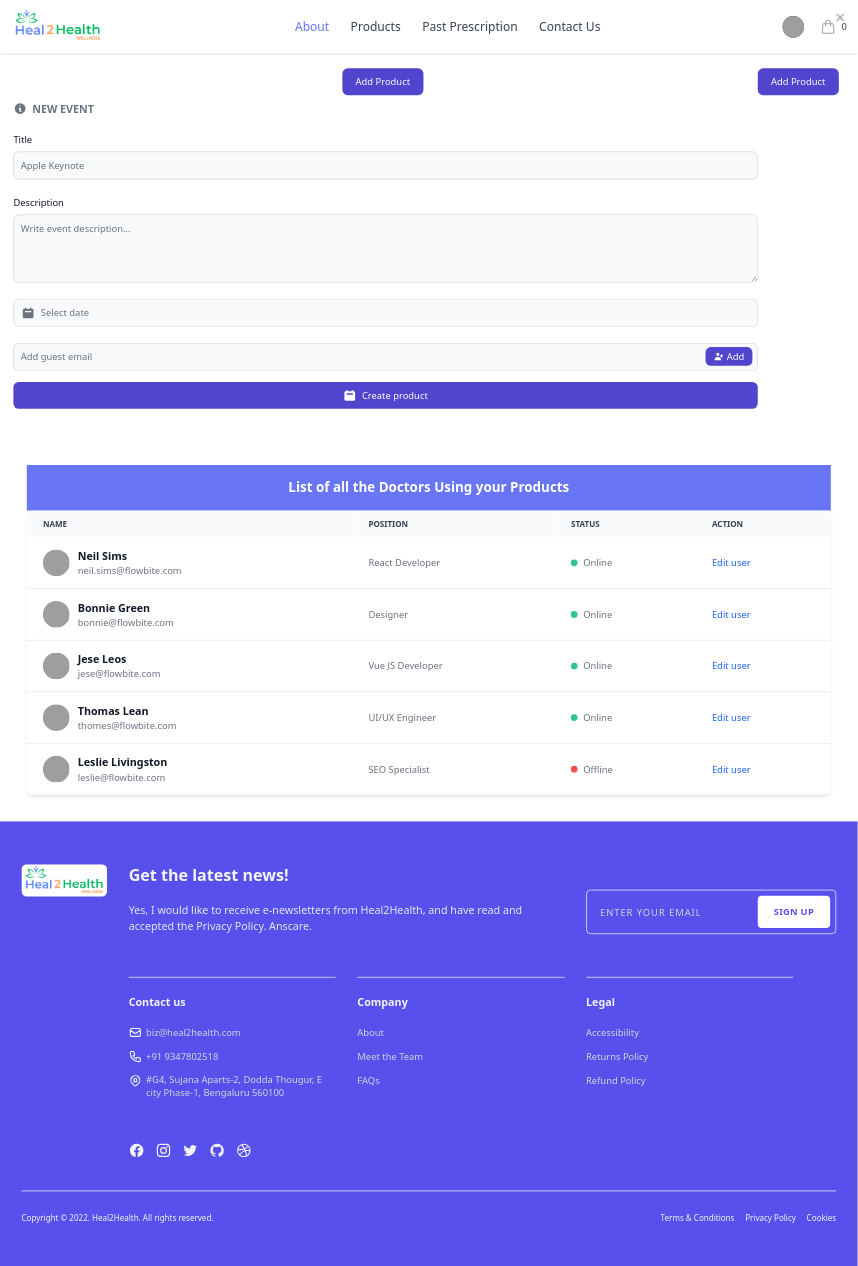
Repository: Akash123-coder/H2H
Page: /dealer (app in Frontend/)
The author's editor kept a copy of each file at every save. The page is drawn from the files as they stood at one save, then again after a run of saves.
The browser window is 1280 px wide. The pictures show the whole page, at 67% of full size.
Pictures or frames that could not be fetched are drawn as grey boxes. The project was rebuilt for these pictures with package versions that can differ from the ones it lists, and the page was loaded fresh each time. Also part of the build but not shown: Frontend/vite.config.ts, Frontend/src/pages/About.tsx, Frontend/src/components/Cta.jsx, Frontend/src/pages/Home.jsx, Frontend/src/components/Product.tsx, Frontend/src/components/Select.jsx, Frontend/src/components/CompanySelect.jsx, Frontend/src/pages/Prescription.jsx and 7 more.

Above is the page before, as saved 2022-10-12 17:04:53.

### Frontend/index.html
<!DOCTYPE html>
<html lang="en">
  <head>
    <meta charset="UTF-8" />
    <link rel="icon" type="image/svg+xml" href="/vite.svg" />
    <meta name="viewport" content="width=device-width, initial-scale=1.0" />
    <title>Heal2Health</title>
  </head>
  <body>
    <div id="root"></div>
    <script type="module" src="/src/main.tsx"></script>
  </body>
</html>

### Frontend/src/main.tsx
import React from 'react'
import ReactDOM from 'react-dom/client'
import App from './App'
import './index.css'
import {BrowserRouter} from 'react-router-dom'

ReactDOM.createRoot(document.getElementById('root') as HTMLElement).render(
  <React.StrictMode>
    <BrowserRouter>
    <App />
    </BrowserRouter>
  </React.StrictMode>
)

### Frontend/src/App.jsx
import { Routes, Route } from "react-router-dom";
import Navbar from "./components/Navbar.jsx";
import { ShoppingCartProvider } from "./context/ShoppingCartContext";
import About from "./pages/About";
import Home from "./pages/Home";
import Prescription from "./pages/Prescription";
import SignUp from "./pages/SignUp";
import Footer from "./components/Footer";
import Login from "./pages/Login";
import PastPrescription from "./pages/PastPrescription.jsx";

import ProductPage from "./pages/ProductPage.jsx";
import DealerPage from "./pages/DealerPage.jsx";

function App() {
  return (
    <ShoppingCartProvider>
      <Navbar />
      <Routes>
        <Route path="/" element={<Home />} />
        <Route path="/prescription" element={<Prescription />} />
        <Route path="/about" element={<About />} />
        <Route path="/login" element={<Login />} />
        <Route path="/SignUp" element={<SignUp />} />
        <Route path="/pastprescription" element={<PastPrescription />} />
        <Route path="/ProductPage" element={<ProductPage />} />
        <Route path="/dealer" element={<DealerPage />} />
        {/* <Route path="/SignUp" element={<CompanyNameSelect />} /> */}
      </Routes>
      <Footer />
    </ShoppingCartProvider>
  );
}

export default App;

### Frontend/src/context/ShoppingCartContext.tsx
import {useContext ,useState, createContext ,ReactNode} from 'react'

const ShoppingCartContext = createContext({})

type ShoppingCartProviderProps ={
    children: ReactNode
}
type CartItem = {
    id: number
    quantity:number
}


type ShoppingCartContext ={
    CartQuantity:number
    CartItems:CartItem[]
    getItemQuantity:(id: number) => number
    increaseItemQuantity:(id: number) => void
    decreaseItemQuantity:(id: number) => void
    removeFromCart:(id: number) => void
}

export function useShoppingCart() {
  return ( useContext(ShoppingCartContext)
  )
}

export function ShoppingCartProvider({children}:ShoppingCartProviderProps){
    const [cartItems ,setCartItems] = useState<CartItem>([]);

    const CartQuantity = cartItems.reduce(
        (quantity ,item) => item.quantity + quantity,0
    )

    function getItemQuantity(id : number){
        return cartItems.find( item => item.id === id)?.quantity || 0
    }
    function increaseItemQuantity(id : number){
         setCartItems(currItems =>{
            if(currItems.find(item => item.id === id)==null){
                return [...currItems, {id , quantity : 1}]

            } else {
                return currItems.map(item =>{
                    if(item.id === id ){
                        return {...item ,quantity: item.quantity + 1}
                    }else{
                        return item
                    }
                })
            }
         })
    }
    function decreaseItemQuantity(id: number) {
        setCartItems(currItems => {
          if (currItems.find(item => item.id === id)?.quantity === 1) {
            return currItems.filter(item => item.id !== id)
          } else {
            return currItems.map(item => {
              if (item.id === id) {
                return { ...item, quantity: item.quantity - 1 }
              } else {
                return item
              }
            })
          }
        })
      }
    function removeFromCart(id : number){
        setCartItems(currItems =>{
            return currItems.filter(item =>item.id!==id)
        })
    }
    return (

        <ShoppingCartContext.Provider value = {{getItemQuantity,increaseItemQuantity,decreaseItemQuantity ,removeFromCart,cartItems,CartQuantity}}>
            {children}
        </ShoppingCartContext.Provider>
    )
}

### Frontend/src/pages/DealerPage.jsx
import React from 'react'
import DealerAddProduct from '../components/DealerAddProduct'
import List from '../components/List'

function DealerPage() {
  return (
    <div>
      <div className="p-5 w-full flex ">
        <div className="flex-1">
          <DealerAddProduct />
        </div>
        <div className="">
          <button
            class="text-white bg-indigo-700 hover:bg-indigo-800 focus:ring-4 focus:ring-indigo-300 font-medium rounded-lg text-sm px-5 py-2.5 mr-2 mb-2 dark:bg-indigo-600 dark:hover:bg-indigo-700 focus:outline-none dark:focus:ring-indigo-800"
            type="button"
          >
            Add Product
          </button>
        </div>
      </div>
      <div className="p-10 ">
        <List />
      </div>
    </div>
  );
}

export default DealerPage

### Frontend/src/components/DealerAddProduct.jsx
import React from 'react'

function DealerAddProduct() {
  return (
    <div>

{/* <!-- drawer init and show --> */}
<div class="text-center">
   <button class="text-white bg-indigo-700 hover:bg-indigo-800 focus:ring-4 focus:ring-indigo-300 font-medium rounded-lg text-sm px-5 py-2.5 mr-2 mb-2 dark:bg-indigo-600 dark:hover:bg-indigo-700 focus:outline-none dark:focus:ring-indigo-800" type="button" data-drawer-target="drawer-form" data-drawer-show="drawer-form" aria-controls="drawer-form">
   Add Product
   </button>
</div>
{/*
<!-- drawer component --> */}
<div id="drawer-form" class="fixed z-40 h-screen p-4 overflow-y-auto bg-white w-80 dark:bg-gray-800 transition-transform left-0 top-0 -translate-x-full" tabindex="-1" aria-labelledby="drawer-form-label" aria-hidden="true"/>
   <h5 id="drawer-label" class="inline-flex items-center mb-6 text-base font-semibold text-gray-500 uppercase dark:text-gray-400"><svg class="w-5 h-5 mr-2" aria-hidden="true" fill="currentColor" viewBox="0 0 20 20" xmlns="http://www.w3.org/2000/svg"><path fill-rule="evenodd" d="M18 10a8 8 0 11-16 0 8 8 0 0116 0zm-7-4a1 1 0 11-2 0 1 1 0 012 0zM9 9a1 1 0 000 2v3a1 1 0 001 1h1a1 1 0 100-2v-3a1 1 0 00-1-1H9z" clip-rule="evenodd"></path></svg>New event</h5>
   <button type="button" data-drawer-dismiss="drawer-form" aria-controls="drawer-form" class="text-gray-400 bg-transparent hover:bg-gray-200 hover:text-gray-900 rounded-lg text-sm p-1.5 absolute top-2.5 right-2.5 inline-flex items-center dark:hover:bg-gray-600 dark:hover:text-white">
      <svg aria-hidden="true" class="w-5 h-5" fill="currentColor" viewBox="0 0 20 20" xmlns="http://www.w3.org/2000/svg"><path fill-rule="evenodd" d="M4.293 4.293a1 1 0 011.414 0L10 8.586l4.293-4.293a1 1 0 111.414 1.414L11.414 10l4.293 4.293a1 1 0 01-1.414 1.414L10 11.414l-4.293 4.293a1 1 0 01-1.414-1.414L8.586 10 4.293 5.707a1 1 0 010-1.414z" clip-rule="evenodd"></path></svg>
      <span class="sr-only">Close menu</span>
   </button>
   <form action="#" class="mb-6">
      <div class="mb-6">
         <label for="title" class="block mb-2 text-sm font-medium text-gray-900 dark:text-gray-300">Title</label>
         <input type="text" id="title" class="bg-gray-50 border border-gray-300 text-gray-900 text-sm rounded-lg focus:ring-indigo-500 focus:border-indigo-500 block w-full p-2.5 dark:bg-gray-700 dark:border-gray-600 dark:placeholder-gray-400 dark:text-white dark:focus:ring-indigo-500 dark:focus:border-indigo-500" placeholder="Apple Keynote" required=""/>
      </div>
      <div class="mb-6">
         <label for="description" class="block mb-2 text-sm font-medium text-gray-900 dark:text-gray-400">Description</label>
         <textarea id="description" rows="4" class="block p-2.5 w-full text-sm text-gray-900 bg-gray-50 rounded-lg border border-gray-300 focus:ring-indigo-500 focus:border-indigo-500 dark:bg-gray-700 dark:border-gray-600 dark:placeholder-gray-400 dark:text-white dark:focus:ring-indigo-500 dark:focus:border-indigo-500" placeholder="Write event description..."></textarea>
      </div>
      <div class="relative mb-6">
         <div class="absolute inset-y-0 left-0 flex items-center pl-3 pointer-events-none">
            <svg aria-hidden="true" class="w-5 h-5 text-gray-500 dark:text-gray-400" fill="currentColor" viewBox="0 0 20 20" xmlns="http://www.w3.org/2000/svg"><path fill-rule="evenodd" d="M6 2a1 1 0 00-1 1v1H4a2 2 0 00-2 2v10a2 2 0 002 2h12a2 2 0 002-2V6a2 2 0 00-2-2h-1V3a1 1 0 10-2 0v1H7V3a1 1 0 00-1-1zm0 5a1 1 0 000 2h8a1 1 0 100-2H6z" clip-rule="evenodd"></path></svg>
         </div>
         <input datepicker="" datepicker-autohide="" datepicker-buttons="" type="text" class="bg-gray-50 border border-gray-300 text-gray-900 sm:text-sm rounded-lg focus:ring-indigo-500 focus:border-indigo-500 block w-full pl-10 p-2.5 dark:bg-gray-700 dark:border-gray-600 dark:placeholder-gray-400 dark:text-white dark:focus:ring-indigo-500 dark:focus:border-indigo-500 datepicker-input" placeholder="Select date"/>
      </div>
      <div class="mb-4">

         <div class="relative">
            <input type="search" id="guests" class="block p-2.5 w-full text-sm text-gray-900 bg-gray-50 rounded-lg border border-gray-300 focus:ring-indigo-500 focus:border-indigo-500 dark:bg-gray-700 dark:border-gray-600 dark:placeholder-gray-400 dark:text-white dark:focus:ring-indigo-500 dark:focus:border-indigo-500" placeholder="Add guest email" required=""/>
            <button type="button" class="absolute inline-flex items-center px-3 py-1 text-sm font-medium text-white bg-indigo-700 rounded-lg right-2 bottom-2 hover:bg-indigo-800 focus:ring-4 focus:outline-none focus:ring-indigo-300 dark:bg-indigo-600 dark:hover:bg-indigo-700 dark:focus:ring-indigo-800"><svg class="w-4 h-4 mr-1" aria-hidden="true" fill="currentColor" viewBox="0 0 20 20" xmlns="http://www.w3.org/2000/svg"><path d="M8 9a3 3 0 100-6 3 3 0 000 6zM8 11a6 6 0 016 6H2a6 6 0 016-6zM16 7a1 1 0 10-2 0v1h-1a1 1 0 100 2h1v1a1 1 0 102 0v-1h1a1 1 0 100-2h-1V7z"></path></svg>Add</button>
         </div>
      </div>
      <button type="submit" class="text-white justify-center flex items-center bg-indigo-700 hover:bg-indigo-800 w-full focus:ring-4 focus:ring-indigo-300 font-medium rounded-lg text-sm px-5 py-2.5 mr-2 mb-2 dark:bg-indigo-600 dark:hover:bg-indigo-700 focus:outline-none dark:focus:ring-indigo-800"><svg class="w-5 h-5 mr-2" aria-hidden="true" fill="currentColor" viewBox="0 0 20 20" xmlns="http://www.w3.org/2000/svg"><path fill-rule="evenodd" d="M6 2a1 1 0 00-1 1v1H4a2 2 0 00-2 2v10a2 2 0 002 2h12a2 2 0 002-2V6a2 2 0 00-2-2h-1V3a1 1 0 10-2 0v1H7V3a1 1 0 00-1-1zm0 5a1 1 0 000 2h8a1 1 0 100-2H6z" clip-rule="evenodd"></path></svg> Create product</button>
   </form>
</div>

  )
}

export default DealerAddProduct

### Frontend/src/components/List.jsx
import React from 'react'

function List() {
  return (
    <div>

    <div className="p-5 w-full sticky overflow-x-auto text-center text-white bg-indigo-500 text-xl font-bold">
        <p>List of all the Doctors Using your Products</p>
    </div>
<div className="overflow-x-auto relative shadow-md sm:rounded-lg">
    <table className="w-full text-sm text-left text-gray-500 dark:text-gray-400">
        <thead className="text-xs text-gray-700 uppercase bg-gray-50 dark:bg-gray-700 dark:text-gray-400">
            <tr>
                <th scope="col" className="py-3 px-6">
                    Name
                </th>
                <th scope="col" className="py-3 px-6">
                    Position
                </th>
                <th scope="col" className="py-3 px-6">
                    Status
                </th>
                <th scope="col" className="py-3 px-6">
                    Action
                </th>
            </tr>
        </thead>
        <tbody>
            <tr className="bg-white border-b dark:bg-gray-800 dark:border-gray-700 hover:bg-gray-50 dark:hover:bg-gray-600">

                <th scope="row" className="flex items-center py-4 px-6 text-gray-900 whitespace-nowrap dark:text-white">
                    <img className="w-10 h-10 rounded-full" src="http://begmetobuyit.com/application/css/images/noImage.jpg" alt="Jese image"/>
                    <div className="pl-3">
                        <div className="text-base font-semibold">Neil Sims</div>
                        <div className="font-normal text-gray-500">neil.sims@flowbite.com</div>
                    </div>
                </th>
                <td className="py-4 px-6">
                    React Developer
                </td>
                <td className="py-4 px-6">
                    <div className="flex items-center">
                        <div className="h-2.5 w-2.5 rounded-full bg-green-400 mr-2"></div> Online
                    </div>
                </td>
                <td className="py-4 px-6">
                    <a href="#" className="font-medium text-blue-600 dark:text-blue-500 hover:underline">Edit user</a>
                </td>
            </tr>
            <tr className="bg-white border-b dark:bg-gray-800 dark:border-gray-700 hover:bg-gray-50 dark:hover:bg-gray-600">

                <th scope="row" className="flex items-center py-4 px-6 font-medium text-gray-900 whitespace-nowrap dark:text-white">
                    <img className="w-10 h-10 rounded-full" src="http://begmetobuyit.com/application/css/images/noImage.jpg" alt="Jese image"/>
                    <div className="pl-3">
                        <div className="text-base font-semibold">Bonnie Green</div>
                        <div className="font-normal text-gray-500">bonnie@flowbite.com</div>
                    </div>
                </th>
                <td className="py-4 px-6">
                    Designer
                </td>
                <td className="py-4 px-6">
                    <div className="flex items-center">
                        <div className="h-2.5 w-2.5 rounded-full bg-green-400 mr-2"></div> Online
                    </div>
                </td>
                <td className="py-4 px-6">
                    <a href="#" className="font-medium text-blue-600 dark:text-blue-500 hover:underline">Edit user</a>
                </td>
            </tr>
            <tr className="bg-white border-b dark:bg-gray-800 dark:border-gray-700 hover:bg-gray-50 dark:hover:bg-gray-600">

                <th scope="row" className="flex items-center py-4 px-6 font-medium text-gray-900 whitespace-nowrap dark:text-white">
                    <img className="w-10 h-10 rounded-full" src="http://begmetobuyit.com/application/css/images/noImage.jpg" alt="Jese image"/>
                    <div className="pl-3">
                        <div className="text-base font-semibold">Jese Leos</div>
                        <div className="font-normal text-gray-500">jese@flowbite.com</div>
                    </div>
                </th>
                <td className="py-4 px-6">
                    Vue JS Developer
                </td>
                <td className="py-4 px-6">
                    <div className="flex items-center">
                        <div className="h-2.5 w-2.5 rounded-full bg-green-400 mr-2"></div> Online
                    </div>
                </td>
                <td className="py-4 px-6">
                    <a href="#" className="font-medium text-blue-600 dark:text-blue-500 hover:underline">Edit user</a>
                </td>
            </tr>
            <tr className="bg-white border-b dark:bg-gray-800 dark:border-gray-700 hover:bg-gray-50 dark:hover:bg-gray-600">

                <th scope="row" className="flex items-center py-4 px-6 font-medium text-gray-900 whitespace-nowrap dark:text-white">
                    <img className="w-10 h-10 rounded-full" src="http://begmetobuyit.com/application/css/images/noImage.jpg" alt="Jese image"/>
                    <div className="pl-3">
                        <div className="text-base font-semibold">Thomas Lean</div>
                        <div className="font-normal text-gray-500">thomes@flowbite.com</div>
                    </div>
                </th>
                <td className="py-4 px-6">
                    UI/UX Engineer
                </td>
                <td className="py-4 px-6">
                    <div className="flex items-center">
                        <div className="h-2.5 w-2.5 rounded-full bg-green-400 mr-2"></div> Online
                    </div>
                </td>
                <td className="py-4 px-6">
                    <a href="#" className="font-medium text-blue-600 dark:text-blue-500 hover:underline">Edit user</a>
                </td>
            </tr>
            <tr className="bg-white dark:bg-gray-800 hover:bg-gray-50 dark:hover:bg-gray-600">

                <th scope="row" className="flex items-center py-4 px-6 font-medium text-gray-900 whitespace-nowrap dark:text-white">
                    <img className="w-10 h-10 rounded-full" src="http://begmetobuyit.com/application/css/images/noImage.jpg" alt="Jese image"/>
                    <div className="pl-3">
                        <div className="text-base font-semibold">Leslie Livingston</div>
                        <div className="font-normal text-gray-500">leslie@flowbite.com</div>
                    </div>
                </th>
                <td className="py-4 px-6">
                    SEO Specialist
                </td>
                <td className="py-4 px-6">
                    <div className="flex items-center">
                        <div className="h-2.5 w-2.5 rounded-full bg-red-500 mr-2"></div> Offline
                    </div>
                </td>
                <td className="py-4 px-6">
                    <a href="#" className="font-medium text-blue-600 dark:text-blue-500 hover:underline">Edit user</a>
                </td>
            </tr>
        </tbody>
    </table>
</div>

    </div>
  )
}

export default List

### Frontend/tailwind.config.cjs
/** @type {import('tailwindcss').Config} */
module.exports = {
  content: [
    "./src/**/*.{js,jsx,ts,tsx}",
    "node_modules/flowbite-react/**/*.{js,jsx,ts,tsx}",
  ],
  theme: {
    extend: {},
  },
  plugins: [require("flowbite/plugin"), require("@tailwindcss/forms")],
};

Loaded but not shown: Frontend/src/index.css (common file); Frontend/src/components/Footer.jsx (300 lines, source omitted); Frontend/src/pages/Cart.jsx (227 lines, source omitted); Frontend/src/components/Navbar.jsx (181 lines, source omitted)

After the next 2 saves:
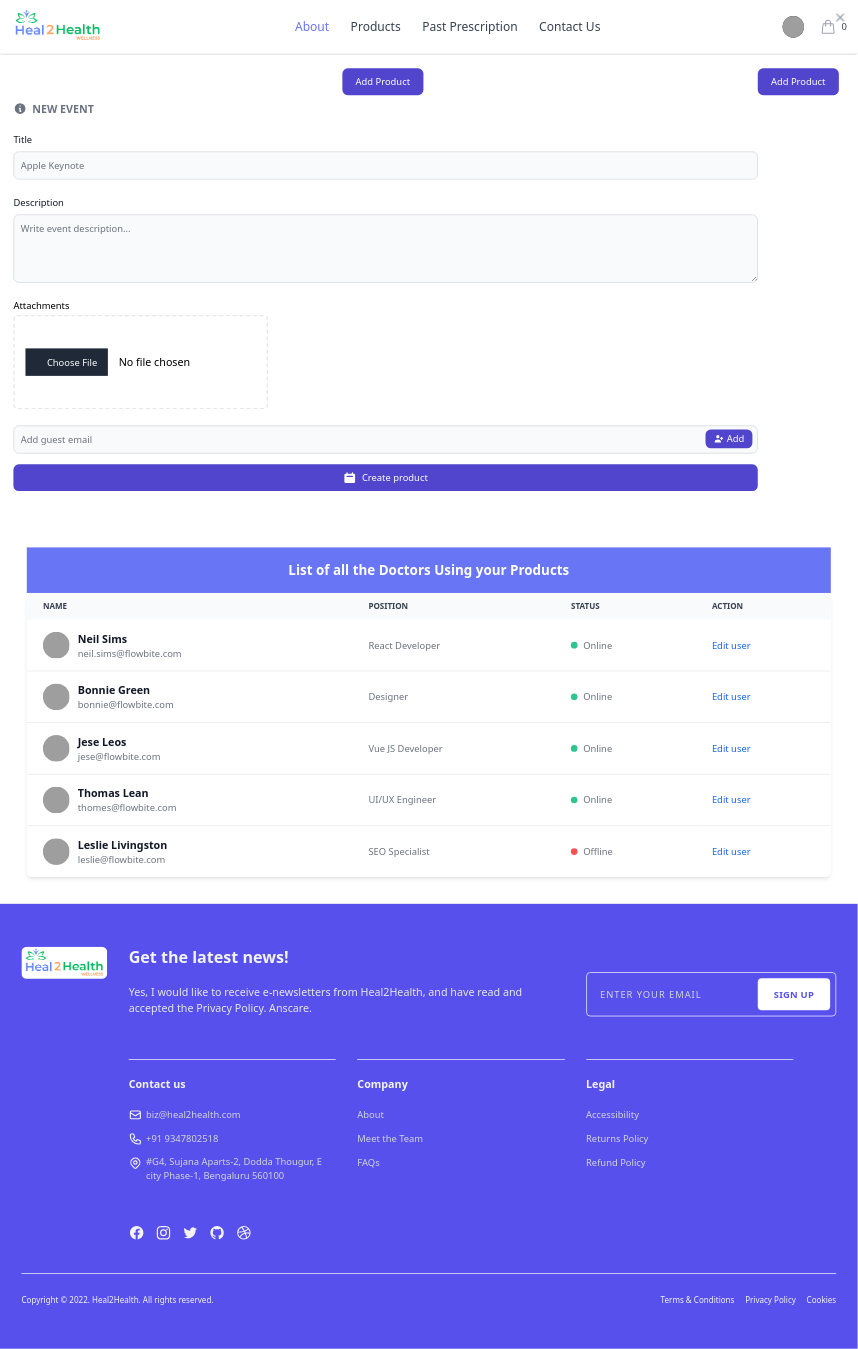
The 2 saves are shown as one change because they came seconds apart.
The last was saved 2 min 8 s later.
--- a/Frontend/src/components/DealerAddProduct.jsx
+++ b/Frontend/src/components/DealerAddProduct.jsx
@@ -28,10 +28,12 @@ function DealerAddProduct() {
          <textarea id="description" rows="4" class="block p-2.5 w-full text-sm text-gray-900 bg-gray-50 rounded-lg border border-gray-300 focus:ring-indigo-500 focus:border-indigo-500 dark:bg-gray-700 dark:border-gray-600 dark:placeholder-gray-400 dark:text-white dark:focus:ring-indigo-500 dark:focus:border-indigo-500" placeholder="Write event description..."></textarea>
       </div>
       <div class="relative mb-6">
-         <div class="absolute inset-y-0 left-0 flex items-center pl-3 pointer-events-none">
-            <svg aria-hidden="true" class="w-5 h-5 text-gray-500 dark:text-gray-400" fill="currentColor" viewBox="0 0 20 20" xmlns="http://www.w3.org/2000/svg"><path fill-rule="evenodd" d="M6 2a1 1 0 00-1 1v1H4a2 2 0 00-2 2v10a2 2 0 002 2h12a2 2 0 002-2V6a2 2 0 00-2-2h-1V3a1 1 0 10-2 0v1H7V3a1 1 0 00-1-1zm0 5a1 1 0 000 2h8a1 1 0 100-2H6z" clip-rule="evenodd"></path></svg>
-         </div>
-         <input datepicker="" datepicker-autohide="" datepicker-buttons="" type="text" class="bg-gray-50 border border-gray-300 text-gray-900 sm:text-sm rounded-lg focus:ring-indigo-500 focus:border-indigo-500 block w-full pl-10 p-2.5 dark:bg-gray-700 dark:border-gray-600 dark:placeholder-gray-400 dark:text-white dark:focus:ring-indigo-500 dark:focus:border-indigo-500 datepicker-input" placeholder="Select date"/>
+         <fieldset className="w-full space-y-1 dark:text-gray-100">
+	<label for="files" className="block text-sm font-medium">Attachments</label>
+	<div className="flex">
+		<input type="file" name="files" id="files" className="px-8 py-12 border-2 border-dashed rounded-md dark:border-gray-700 dark:text-gray-400 dark:bg-gray-800" />
+	</div>
+</fieldset>
       </div>
       <div class="mb-4">
 
